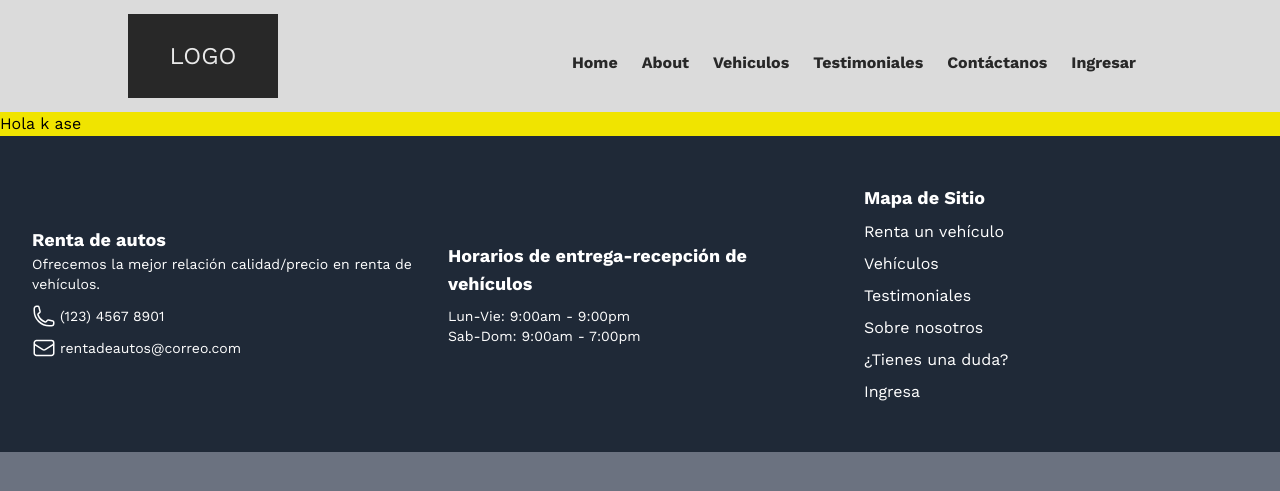
Repository: aldovelacasas/PF_RentCar2
Page: /
An editor plug-in stored every save of this project. The page is shown before and after the next save, followed by the edit.
The browser window is 1280 px wide. The pictures show the whole page.
The project was rebuilt for these pictures with package versions that can differ from the ones it lists, and the page was loaded fresh each time. The framework's server and built-in components were replaced by stand-ins that run in the browser. Also part of the build but not shown: next.config.js.

Above is the page before, as saved 2023-08-30 08:11:48.

After the next save:
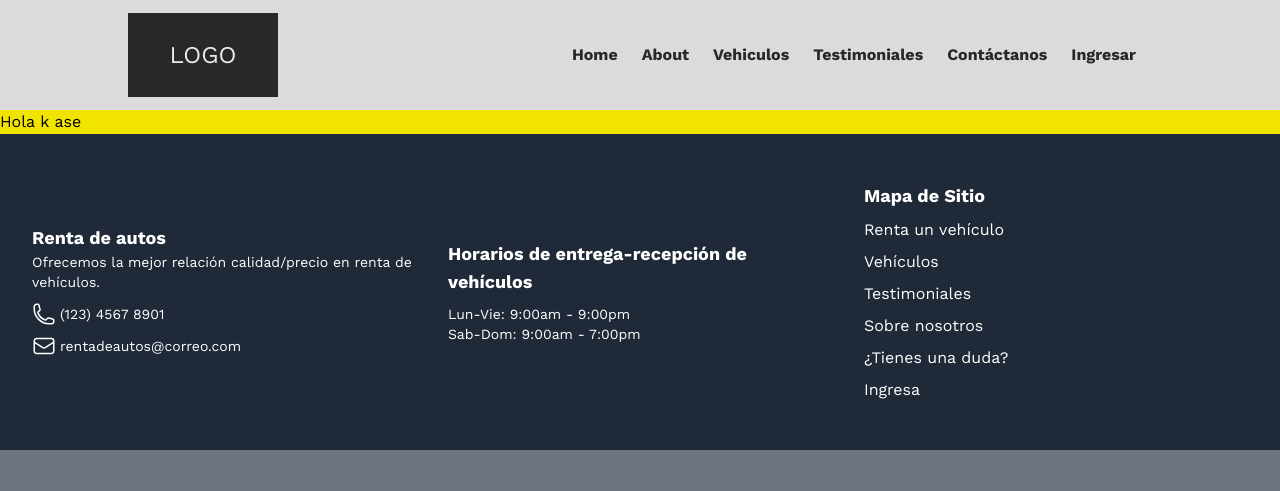
Saved 16 s later.
--- a/src/components/NavBar/nav.css
+++ b/src/components/NavBar/nav.css
@@ -57,7 +57,7 @@ nav {
   row-gap: 24px;
   right: -300px;
   padding: 24px 16px;
-  margin-top: 0.9rem;
+  margin-top: 0rem;
   transition: all 0.2s;
   min-height: calc(100vh - 60px);
   font-size: 1rem;
